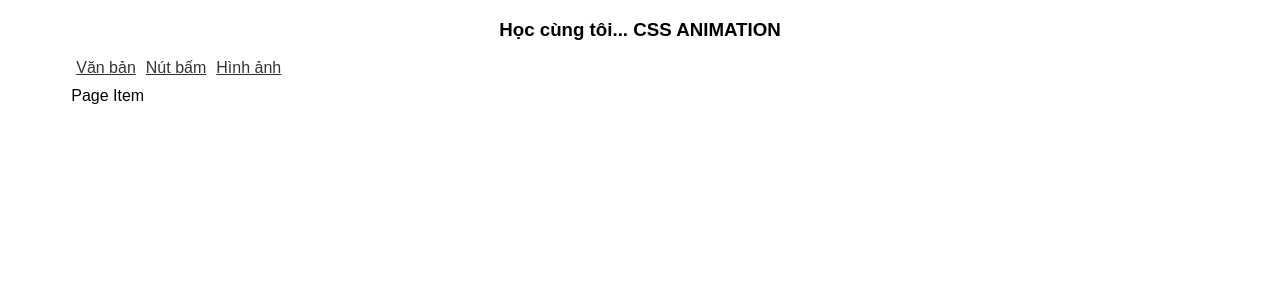
Repository: phuchoa2001/cssanimationNextjs
Page: /
These files come from the project's save history. The page is drawn as it stood at one moment and after the next save; the edit follows.
The browser window is 1280 px wide. The pictures show the whole page.
The project was rebuilt for these pictures with package versions that can differ from the ones it lists, and the page was loaded fresh each time. The framework's server and built-in components were replaced by stand-ins that run in the browser. Also part of the build but not shown: next.config.js.

Above is the page before, as saved 2022-09-14 18:05:20.

After the next save:
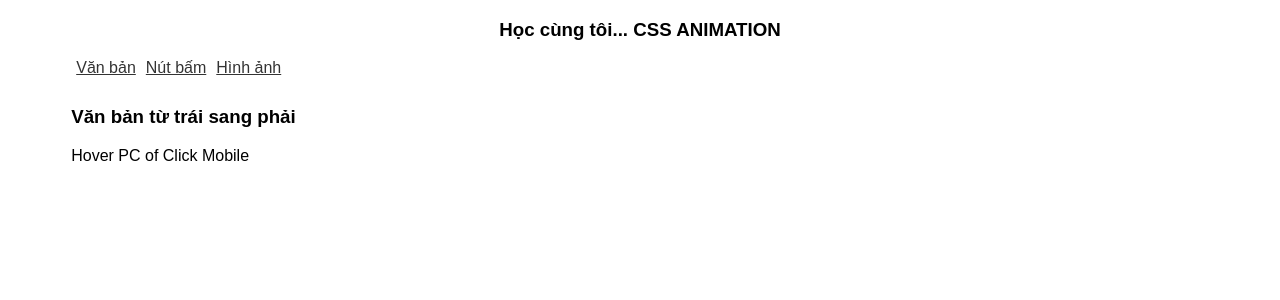
Saved 2 min 46 s later.
--- a/components/Item/Item.jsx
+++ b/components/Item/Item.jsx
@@ -4,7 +4,12 @@ import styled from "styled-components";
 const ItemStyles = styled.div``;
 
 function Item() {
-  return <ItemStyles>Page Item</ItemStyles>;
+  return (
+    <ItemStyles>
+      <h3>Văn bản từ trái sang phải</h3>
+      <p>Hover PC of Click Mobile</p>
+    </ItemStyles>
+  );
 }
 
 export default Item;
